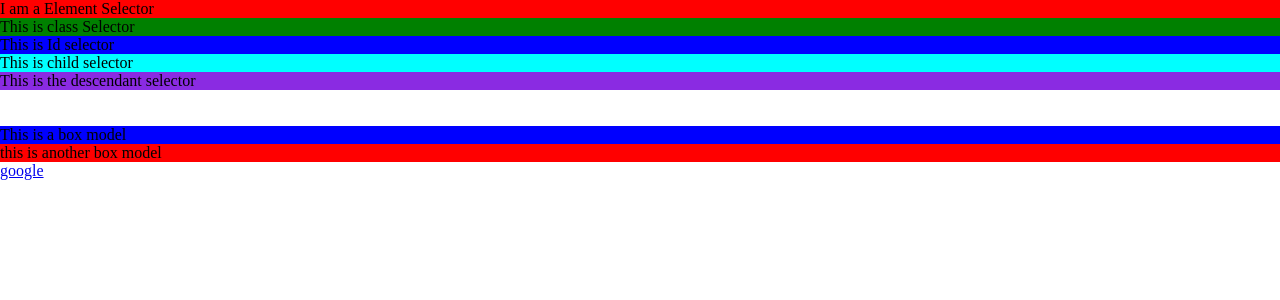
Repository: diensy/Web_dev
Page: first.css/selector.html
These files come from the project's save history. The page is drawn as it stood at one moment and after a run of saves; the edit follows.
The browser window is 1280 px wide. The pictures show the whole page.

Above is the page before, as saved 2024-05-22 20:34:32.

After the next 2 saves:
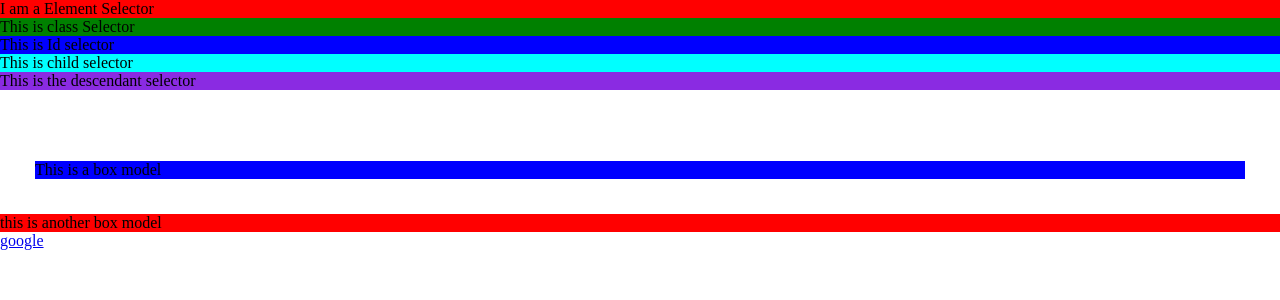
The 2 saves are shown as one change because they came seconds apart.
The last was saved 13 s later.
--- a/first.css/selector.html
+++ b/first.css/selector.html
@@ -42,6 +42,7 @@
       }
       .box1 {
         background-color: blue;
+        margin: 35px;
 
       }
     </style>
